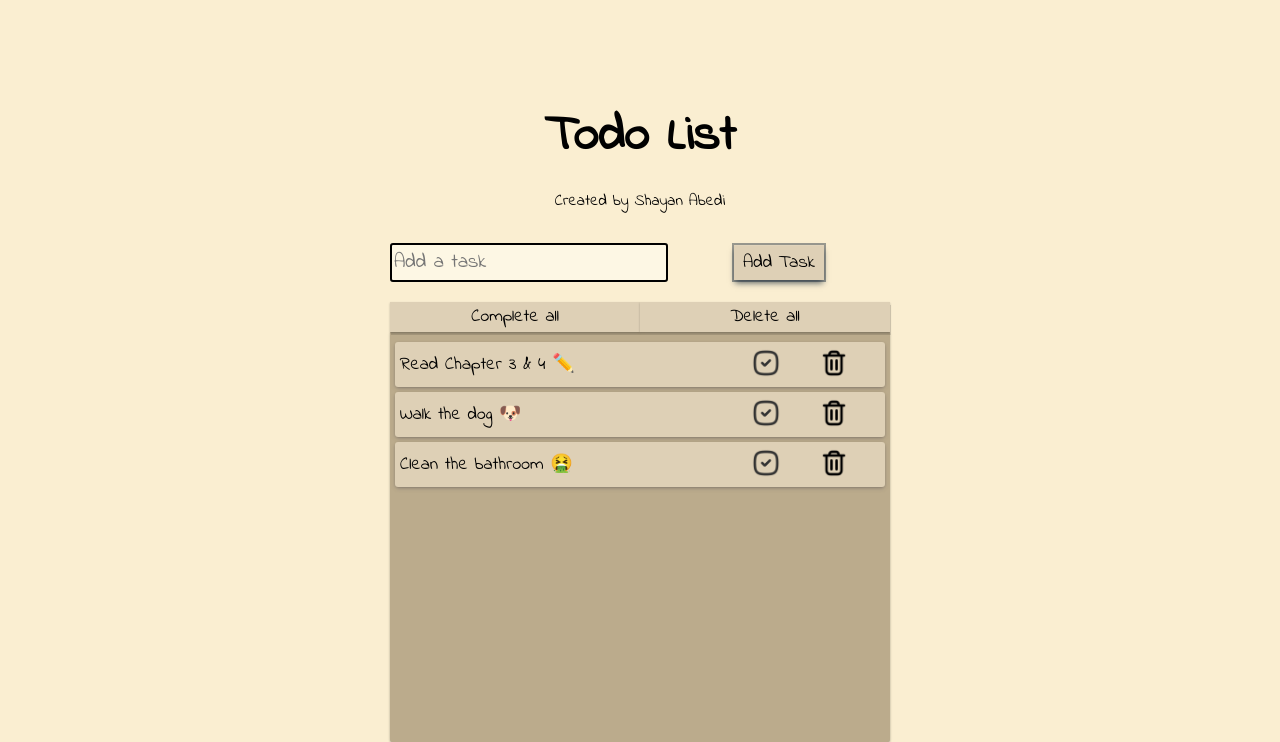
Repository: shayanabedi98/todo-list
Page: /
An editor plug-in stored every save of this project. The page is shown before and after the next save, followed by the edit.
The browser window is 1280 px wide. The pictures show the whole page.
The project was rebuilt for these pictures with package versions that can differ from the ones it lists, and the page was loaded fresh each time. Also part of the build but not shown: vite.config.js.

Above is the page before, as saved 2023-12-30 20:05:48.

After the next save:
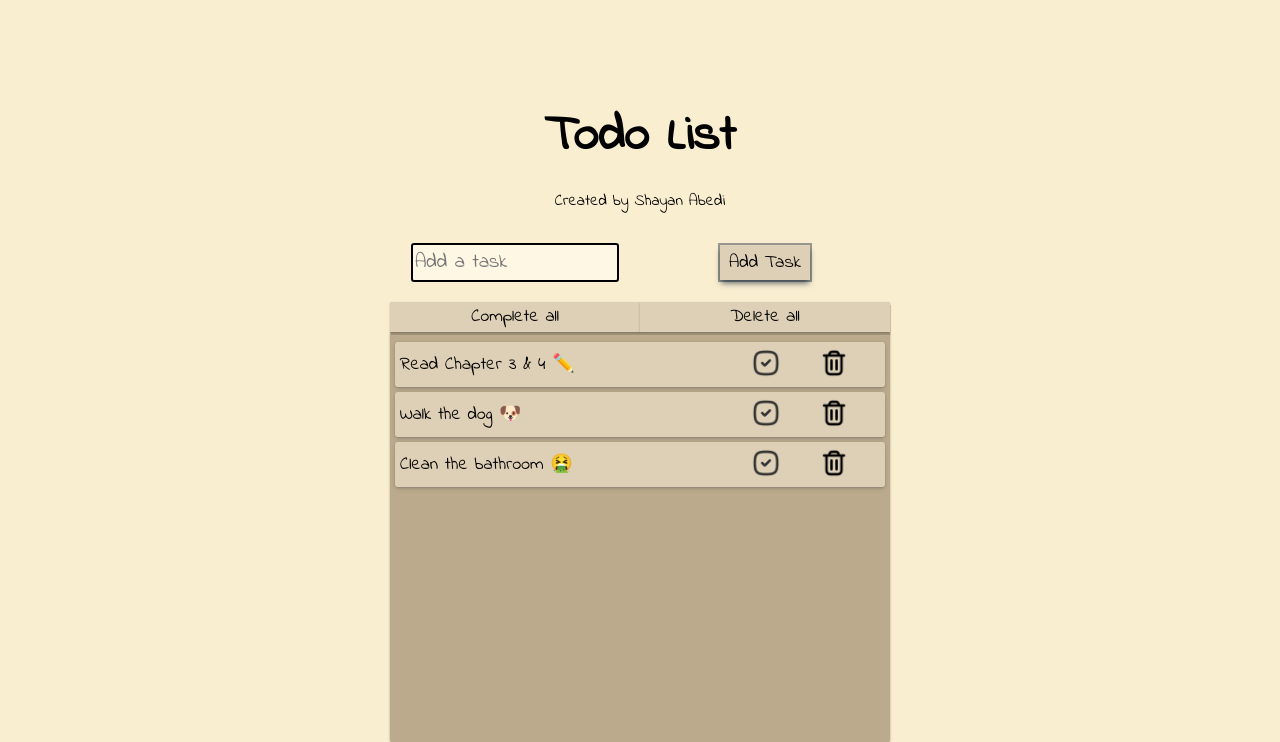
Saved 6 s later.
--- a/src/index.css
+++ b/src/index.css
@@ -155,6 +155,6 @@ h1,
 }
 
 .create-task input {
-  width: 270px;
+  width: 200px;
   height: 33px;
 }
